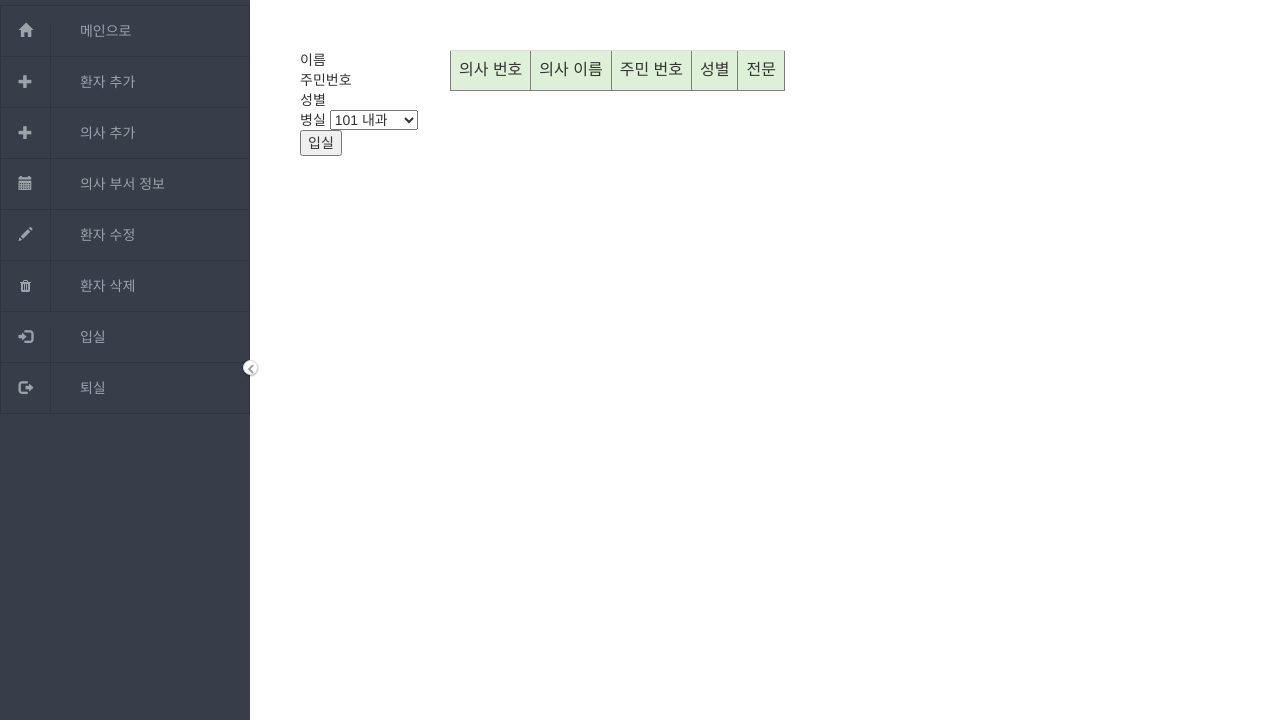
Repository: qaws1134/Hospital_manager
Page: http://localhost/project/in.jsp
These files come from the project's save history. The page is drawn as it stood at one moment and after the next save; the edit follows.
The browser window is 1280 px wide. The pictures show the whole page.
Some web libraries are served in a nearby version. The page is served by Tomcat 9. The template is opened directly, without the code that normally fills it, so the values that code supplies are empty.

Above is the page before, as saved 2017-12-09 17:27:27.
Console error (its wording comes from the project's code and is left out).

After the next save:
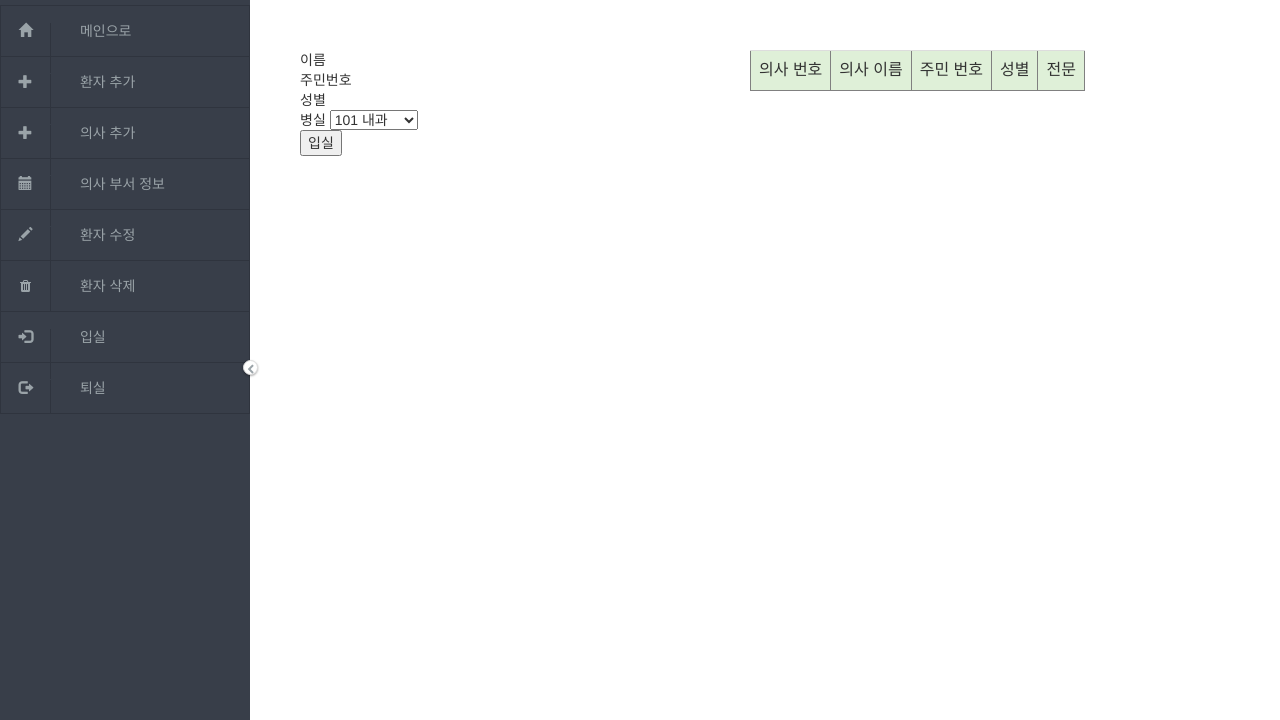
Saved 10 s later.
--- a/project/WebContent/in.jsp
+++ b/project/WebContent/in.jsp
@@ -231,7 +231,7 @@ nav ul li a span {
 		<input type="submit" value="입실">
 	</form>
 	</section>
-	<section style="position:absolute; top:50px;left:450px">
+	<section style="position:absolute; top:50px;left:750px">
      <table border="1"  class="table table-striped">
       	<tr class="success">
       		<td>의사 번호</td>
